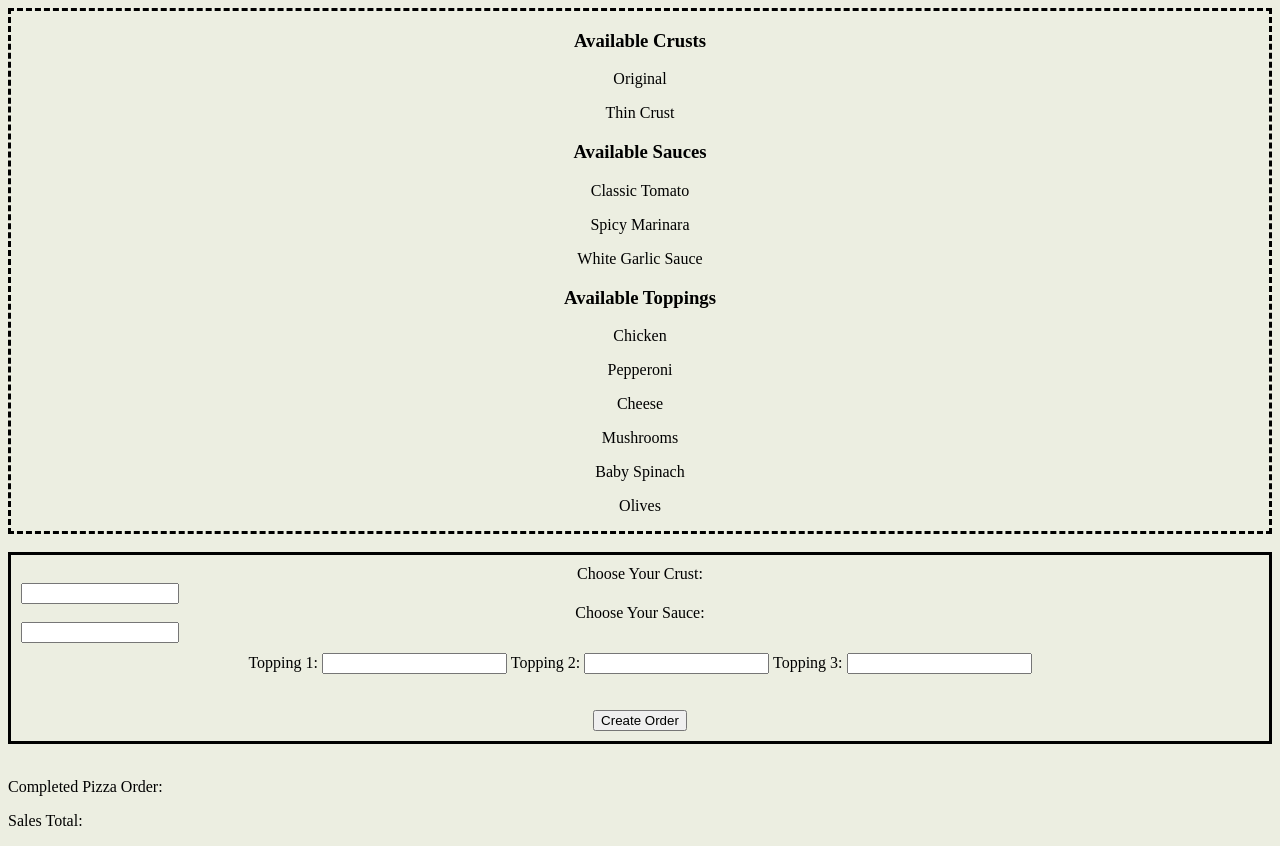
Repository: EmmanuelMefor/Pizza-order
Page: index.html
An editor plug-in stored every save of this project. The page is shown before and after the next save, followed by the edit.
The browser window is 1280 px wide. The pictures show the whole page.
Some web fonts or font styles are not loaded; a fallback is used.

Above is the page before, as saved 2024-01-05 20:37:00.
Console error: ReferenceError: Btn is not defined

### index.html
<!DOCTYPE  html>
<html>
    <head>
        <title>Lesson 10 Final</title>
        <meta charset="utf-8">
        <link rel="stylesheet" href="style.css">
        <link rel="preconnect" href="https://fonts.gstatic.com">
        <link href="https://fonts.googleapis.com/css2?family=Goldman:wght@400;700&display=swap" rel="stylesheet">
    </head>
    <body>
        <div class="createOrder">
            <h3>Available Crusts</h3>
            <p>Original</p>
            <p>Thin Crust</p>




            <h3>Available Sauces</h3>
            <p>Classic Tomato</p>
            <p>Spicy Marinara</p>
            <p>White Garlic Sauce</p>




            <h3 class>Available Toppings</h3>
            <p>Chicken</p>
            <p>Pepperoni</p>
            <p>Cheese</p>
            <p>Mushrooms</p>
            <p>Baby Spinach</p>
            <p>Olives</p>
        </div>

    </br>

    <div class="form">
        <form>
          <div class="stacked-fields">
            <label for="crust">Choose Your Crust:</label>
            <input type="text" id="crust"  class="small-input" />
            <label for="sauce">Choose Your Sauce:</label>
            <input type="text" id="sauce"  class="small-input" />
          </div>
          <div class="inline-fields">
            <label for="Topping1">Topping 1:</label>
            <input type="text" id="Topping1">
            <label for="Topping2">Topping 2:</label>
            <input type="text" id="Topping2">
            <label for="Topping3">Topping 3:</label>
            <input type="text" id="Topping3">
          </div>
          <br />
          <br />
          <button type="submit" id="btn">Create Order</button>
        </form>
      </div>

        </br>

            <div id="Order">
                <p>Completed Pizza Order:</p>

            <div id="pizzaOrder">
                </div>

                <div id="toppings">
                    <p>Sales Total:</p>

                    <div id="total$">
                </div>

                </div>

                 <script src="script.js"></script>
                </body>

                </html>

### style.css
body {
  background-color: #eceee1;
}

.createOrder {
  text-align: center;
  border-style: dashed;
}

form {
  border: px;
  padding-top: 10px;
  padding-right: 10px;
  padding-left: 10px;
  padding-bottom: 10px;
  text-align: center;
  border-style: solid;
  display: block;
}

.stacked-fields {
  display: flex;
  flex-direction: column;
  margin-bottom: 10px; /* Adjust the space between stacked fields */
}

.small-input {
  width: 150px; /* Adjust the width of the input fields */
}

.T {
  border-style: dotted;
  border-width: 5px;
  text-align: center;
}

.s {
  text-align: center;
  border-style: double;
}

### script.js
// Global variables
var crust = document.getElementById("crust");

var sauce = document.getElementById("sauce");

// toppings array
var topping = [
  "chicken",
  "Pepperoni",
  "Cheese",
  "Mushrooms",
  "BabySpinach",
  "Olives",
];
for (var i = 0; i < topping.length; i++)
  // event listener
  var formButton = document.getElementById("btn");
Btn.addEventListener("click", function calculateTotal(toppings) {
  event.preventDefault();

  //   var topping 1 = document.getElementById ("t1").value;
  //   var topping 2 = document.getElementById ("t2").value;
  //   var topping 3 = document.getElementById ("t3").value;
});

function calculateTotal(toppings) {
  let total = 0;
  let toppingCost = 2.5;
  let baseCost = 5.5; // cost of crust and sauce

  // order string concatenation

  let orderString = crust + sauce[i];

  let toppingString = "Toppings: ";

  // For Loop
  total = total + toppingCost;
  toppingString = toppingString + toppingArray[i];

  // total = baseCost + cost of all toppings
  total = total + baseCost;

  // set DOM total += total
  document.getElementById("total" + "$").innerHTML = total;
  // use DOM: = orderString
  document.getElementById("pizzaOrders").innerHTML = order;
  // use DOM: = toppingString
  document.getElementById("toppings").innerHTML = toppings;
}

After the next save:
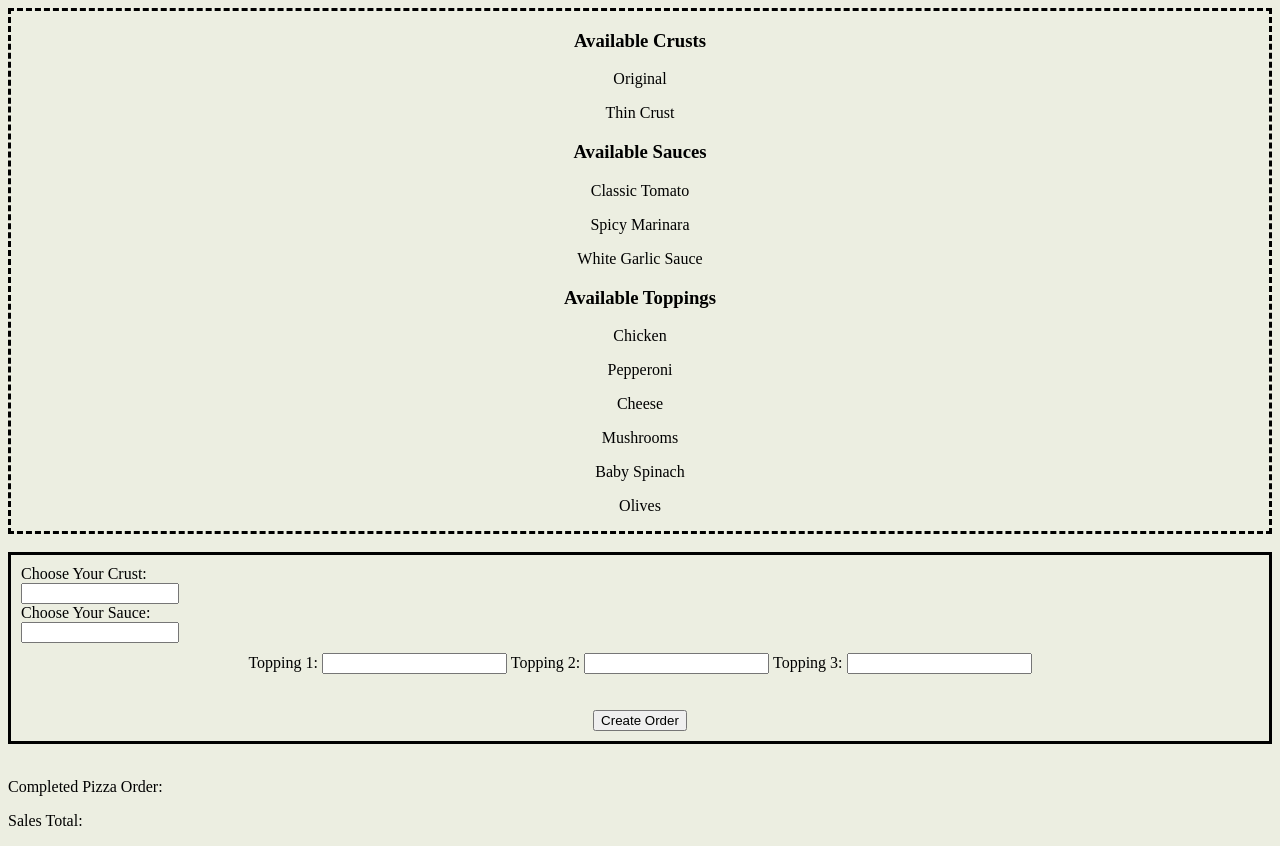
Saved 5 min 15 s later.
--- a/style.css
+++ b/style.css
@@ -22,6 +22,7 @@ form {
   display: flex;
   flex-direction: column;
   margin-bottom: 10px; /* Adjust the space between stacked fields */
+  align-items: flex-start;
 }
 
 .small-input {
